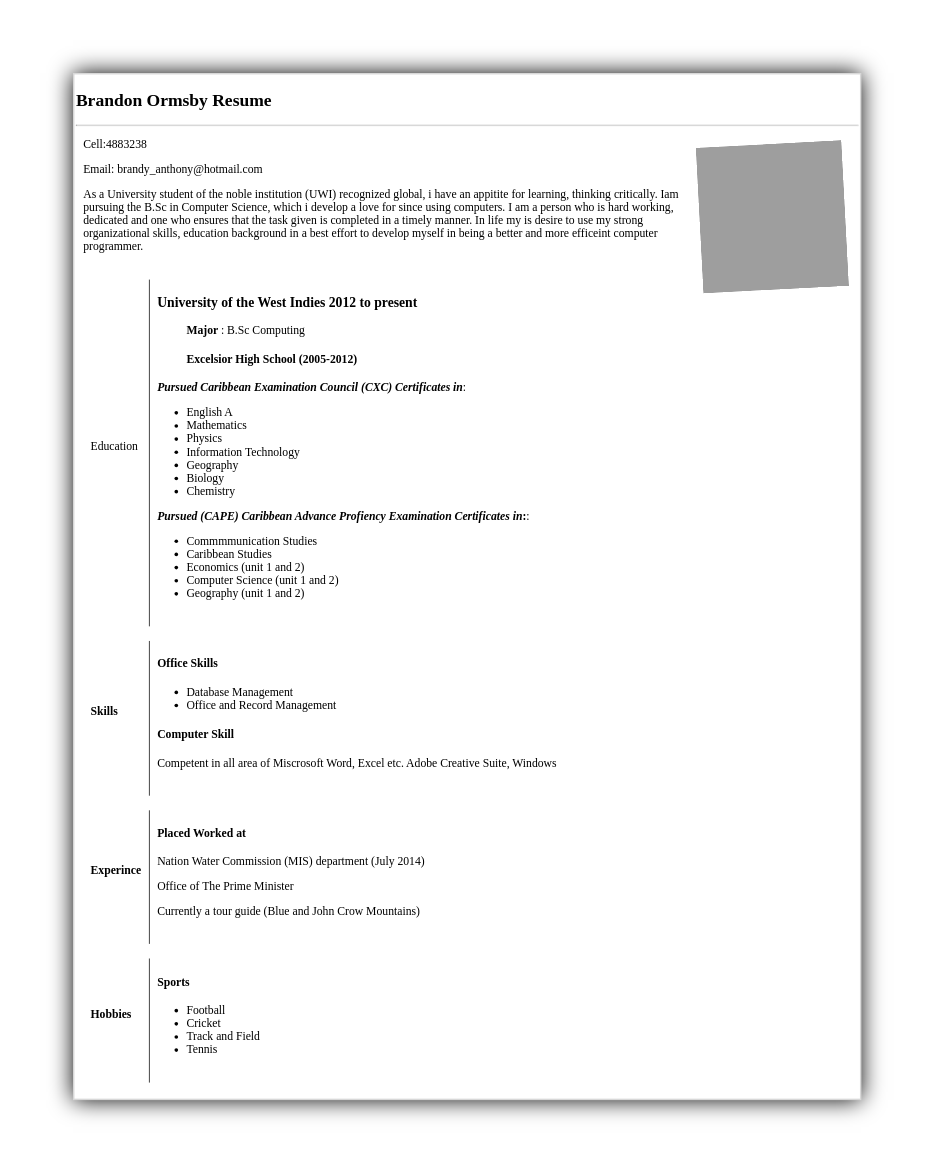
Repository: Brandy903/Web1
Page: webproject0/workspace/brandy.html
The author's editor kept a record of every edit. The page is drawn from the files as they stood at one moment, then again after the next edit.
The browser window is 1280 px wide. The pictures show the whole page, at 73% of full size.
Pictures or frames that could not be fetched are drawn as grey boxes.

Above is the page before.

### webproject0/workspace/brandy.html
<!DOCTYPE html>
<html>
<head>
	<link rel="stylesheet" type="text/css" href="style.css">

</head>
<body>


<h2> <strong>Brandon Ormsby Resume</strong></h2>
<hr />
<div id ="loc"> <img src=" https://encrypted-tbn3.gstatic.com/images?q=tbn:ANd9GcSRt8q1Ojf9YoUq58bSPQMEXZFHO_4fJqSwGO4AuRY6R_YbYgmo" />
<p>Cell:4883238</p>
<p>Email: brandy_anthony@hotmail.com</p>
<p id = "wrp" >As a University student of the noble institution (UWI) recognized global, i have an appitite for
learning, thinking critically. Iam pursuing the B.Sc in Computer Science, which i develop a love for
since using computers. I am a person who is hard working, dedicated and one who ensures that the task
given is completed in a timely manner. In life my is desire to use my strong organizational skills, education
background in a best effort to develop myself in being a better and more efficeint computer programmer.</p>

</div>



<table>

<div>
<tr>
		<td class ="edu">
		<stong>Education</stong>
		</td>

		<td>
		<h3> University of the West Indies 2012 to present</h3>
		<ul>
			<l1> <strong> Major </strong>: B.Sc Computing </l1>
		</ul>
		<ul>
		<h4> Excelsior High School (2005-2012)</h4>
		</ul>
		<p> <strong><em> Pursued Caribbean Examination Council (CXC) Certificates in</em></strong>:</p>

		<ul>
			<li> English A</li>
			<li> Mathematics</li>
			<li> Physics</li>
			<li> Information Technology</li>
			<li> Geography</li>
			<li> Biology</li>
			<li> Chemistry</li>

		</ul>


		<p> <strong><em>Pursued (CAPE) Caribbean Advance Profiency Examination Certificates in</em>:</strong>:</p>
		<ul>

			<li> Commmmunication Studies</li>
			<li> Caribbean Studies</li>
			<li> Economics (unit 1 and 2)</li>
			<li> Computer Science (unit 1 and 2)</li>
			<li> Geography (unit 1 and 2)</li>


		</ul>

		</td>
		</tr>
		<tr>
		<td class ="edu">
		<strong>Skills</strong>
		</td>

		<td>
			<h4><strong> Office Skills</strong> </h4>
			<ul>
				<li>Database Management </li>
				<li>Office and Record Management </li>

			</ul>

			<h4><strong> Computer Skill</strong> </h4>

				<p> Competent in all area of Miscrosoft Word, Excel etc. Adobe Creative Suite, Windows </p>




		</td>

		<tr>

			<td class ="edu"> <strong>Experince</strong>

			</td>
			<td> <h4>Placed  Worked at</h4>
			<p>Nation Water Commission (MIS) department (July 2014)</p>
			<p> Office of The Prime Minister</p>
			<p>Currently a tour guide (Blue and John Crow Mountains)</p>
			</td>
		</tr>
		<tr>

			<td class ="edu"> <strong>Hobbies</strong>

			</td>
			<td> <h4>Sports</h4>
			<ul>
				<li>Football</li>
				<li>Cricket </li>
				<li>Track and Field </li>
				<li>Tennis </li>

			</ul>
			</td>
		</tr>






</div>
</table>


</body>
</html>

### webproject0/workspace/style.css
table{
    border-collapse: separate;
    border-spacing: 10px 20px;
}

#loc{
   margin: 10px;


}

body{
    margin: 100px;
    border: 2px solid #D8D8D8;
    padding:2px;
    box-shadow:0px 0px 30px #000;


}

img{
	float:right;
	height: 200px;
	width: 200px;
	transform:rotate(-3deg);
	right:10px;
	top:40px;
	border: 8px solid #FFFFFF;

}
.edu{
	border-right:0px;
    border-style:solid;
    border-top:0px;
    border-bottom:0px;
    border-left:0px;
}
#wrp{
    width:62em;
    max-width:81%;
    /*word-wrap: break-word;
    clear:right;*/
}
td{
    padding-left:10px;
    border-left: 1px solid #000;
    padding-bottom:20px;
}

After the next edit:
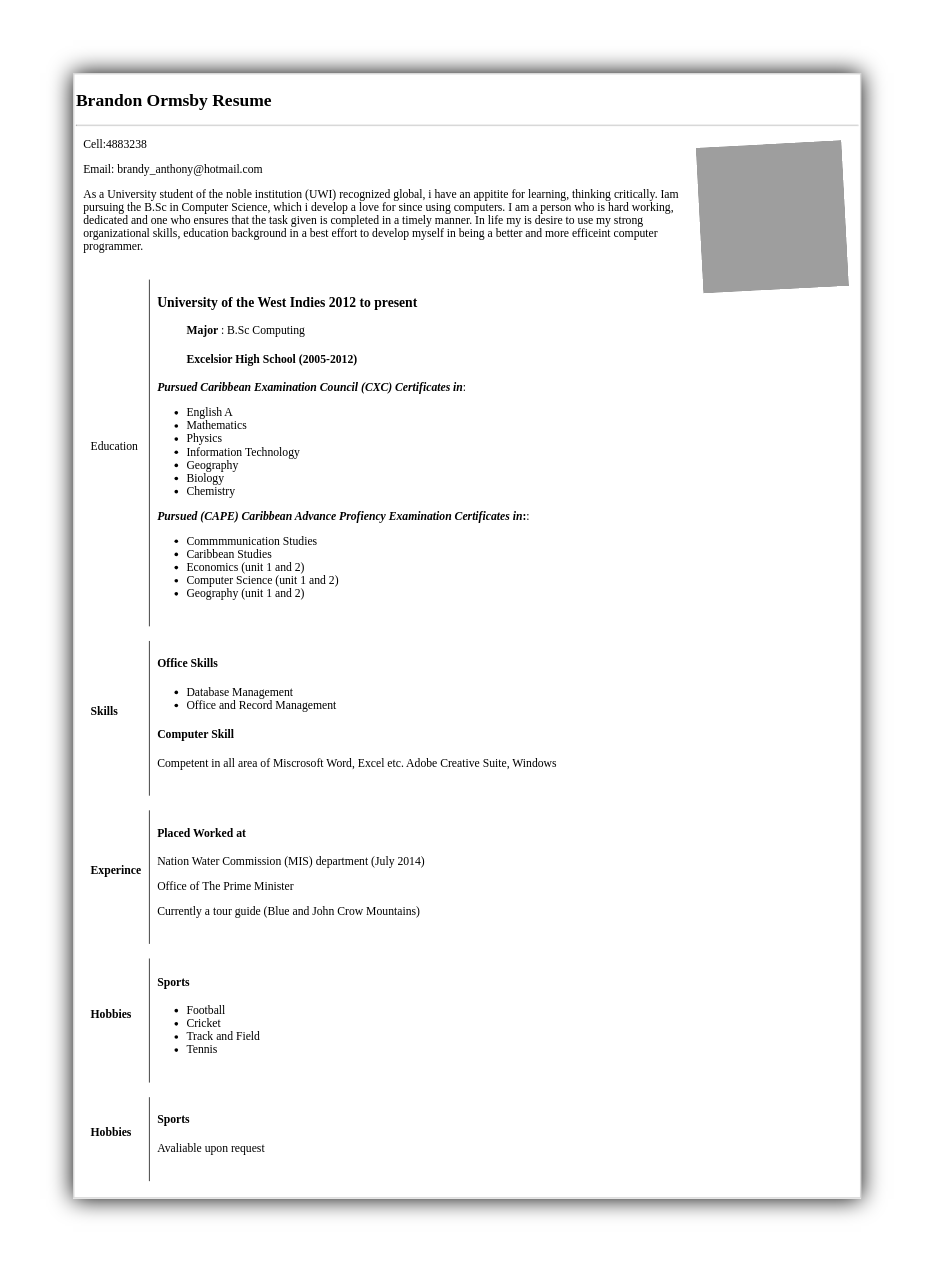
The edit:
--- a/webproject0/workspace/brandy.html
+++ b/webproject0/workspace/brandy.html
@@ -114,6 +114,15 @@
 			</ul>
 			</td>
 		</tr>
+		<tr>
+
+			<td class ="edu"> <strong>Hobbies</strong>
+
+			</td>
+			<td> <h4>Sports</h4>
+			<p>Avaliable upon request</p>
+			</td>
+		</tr>
 
 
 
